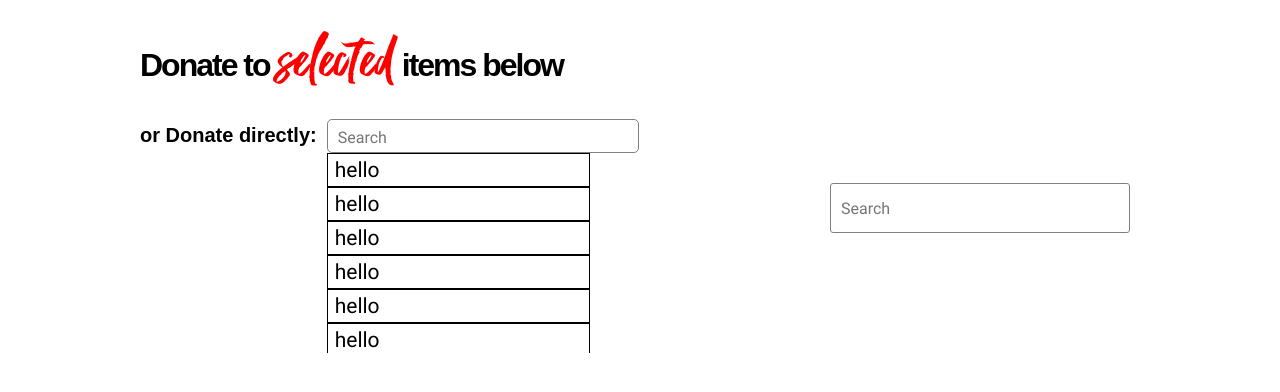
Repository: David-Waite/edableStyleChanges
Page: /
The author's editor kept a copy of each file at every save. The page is drawn from the files as they stood at one save, then again after the next save.
The browser window is 1280 px wide. The pictures show the whole page.
The project was rebuilt for these pictures with package versions that can differ from the ones it lists, and the page was loaded fresh each time. Also part of the build but not shown: src/components/Item/ProgressBar.css, src/components/Volunteer/Volunteer.tsx, src/components/DonorForm/Message.css, src/components/Volunteer/VolunteerError.tsx, src/components/Default.tsx, src/components/DonorForm/Paypal.tsx, src/components/DonorForm/DonorForm.tsx, src/components/DonorForm/PastDonations.css and 8 more.

Above is the page before, as saved 2022-11-09 19:44:33.

### public/index.html
<!DOCTYPE html>
<html lang="en">
  <head>
    <meta charset="utf-8" />
    <link rel="icon" href="%PUBLIC_URL%/favicon.ico" />
    <meta name="viewport" content="width=device-width, initial-scale=1" />
    <meta name="theme-color" content="#000000" />
    <meta name="description" content="EdAble Donations System" />
    <link rel="apple-touch-icon" href="%PUBLIC_URL%/logo192.png" />
    <link rel="manifest" href="%PUBLIC_URL%/manifest.json" />
    <link
      rel="stylesheet"
      href="https://cdn.jsdelivr.net/npm/bootstrap@5.2.0-beta1/dist/css/bootstrap.min.css"
      integrity="sha384-0evHe/X+R7YkIZDRvuzKMRqM+OrBnVFBL6DOitfPri4tjfHxaWutUpFmBp4vmVor"
      crossorigin="anonymous"
    />
    <title>EdAble Donations</title>
  </head>
  <body>
    <noscript>You need to enable JavaScript to run this app.</noscript>
    <div id="root"></div>
  </body>
  <script src="./iframeResizer.contentWindow.min.js"></script>
</html>

### src/index.tsx
import React from 'react';
import ReactDOM from 'react-dom/client';
import './index.css';
import App from './App';
import reportWebVitals from './reportWebVitals';
import './fonts/Roboto/Roboto-Medium.ttf';
import './fonts/Lora/Lora-VariableFont_wght.ttf';

const root = ReactDOM.createRoot(
  document.getElementById('root') as HTMLElement
);
root.render(
  <React.StrictMode>
    <App />
  </React.StrictMode>
);

// If you want to start measuring performance in your app, pass a function
// to log results (for example: reportWebVitals(console.log))
// or send to an analytics endpoint. Learn more: https://bit.ly/CRA-vitals
reportWebVitals();

### src/index.css
body {
  margin: 0;
  -webkit-font-smoothing: antialiased;
  -moz-osx-font-smoothing: grayscale;
}

code {
  font-family: source-code-pro, Menlo, Monaco, Consolas, "Courier New",
    monospace;
}

* {
  box-sizing: border-box;
}

#page-wrap {
  padding-bottom: 10px;
  padding-top: 10px;
}
@font-face {
  font-family: "Roboto";
  src: local("Roboto"),
    url("./fonts/Roboto/Roboto-Medium.ttf") format("truetype");
}

@font-face {
  font-family: "Lora";
  src: local("Lora"),
    url("./fonts/Lora/Lora-VariableFont_wght.ttf") format("truetype");
}

@font-face {
  font-family: "black_stonealternative";
  src: local("blackStone"),
    url("./fonts/BlackStone/blackstone-alternative-webfont.woff") format("woff");
}

h1 {
  font-family: "Roboto";
  font-style: normal;
  font-weight: 700;
  font-size: 52px;
  line-height: 64px;
  /* identical to box height, or 123% */
  color: #000000;
}

h2 {
  font-family: "Lora";
  font-style: normal;
  font-weight: 700;
  font-size: 47px;
  line-height: 60px;
  /* identical to box height, or 128% */
  color: #f1f1f1;
}

h3 {
  font-family: "Lora";
  font-style: normal;
  font-weight: 700;
  font-size: 40px;
  line-height: 51px;
  color: #c4c4c4;
}

h4 {
  font-family: "Roboto";
  font-style: normal;
  font-weight: 700;
  font-size: 35px;
  line-height: 43px;
  /* identical to box height, or 123% */
  letter-spacing: 0.02em;
  color: #000000;
}

h5 {
  font-family: "Roboto";
  font-style: normal;
  font-weight: 700;
  font-size: 28px;
  line-height: 44px;
  /* identical to box height, or 157% */
  color: #000000;
}

h6 {
  font-family: "Roboto";
  font-style: normal;
  font-weight: 700;
  font-size: 21px;
  line-height: 25px;
  /* identical to box height */
  color: #000000;
}

body {
  font-family: "Roboto";
  font-style: normal;
  font-weight: 400;
  font-size: 21px;
  line-height: 32px;
  /* identical to box height, or 152% */
  color: #000000;
}

### src/App.tsx
import React from "react";
import "./App.css";
import { BrowserRouter, Routes, Route } from "react-router-dom";

import { PayPalScriptProvider } from "@paypal/react-paypal-js";
import Base from "./components/Base";
import Landing from "./components/Landing/Landing";
import Volunteer from "./components/Volunteer/Volunteer";
import VolunteerError from "./components/Volunteer/VolunteerError";
import Default from "./components/Default";
import Organisation from "./components/Organisation/Organisation";
import ItemPage from "./components/Item/ItemPage";
import Success from "./components/DonorForm/Success";
import Cancel from "./components/DonorForm/Cancel";
import PastDonations from "./components/DonorForm/PastDonations";
import PastItemDonations from "./components/DonorForm/PastItemDonations";
import DonateTime from "./components/Volunteer/DonateTime";

function App() {
  return (
    <PayPalScriptProvider
      options={{
        "client-id":
        process.env.REACT_APP_PAYPAL_CLIENT_ID||"ATT3Tn46NrmHggGqVC4mzWOZWlnbp2ID9DA0yQnhsgqPFIVPPlLhfSI_-atbZc3aN7n_k7wUVTyQJMnI",
        currency: "AUD",
      }}
    >
      <BrowserRouter>
        <Routes>
          <Route path="/" element={<Base />}>
            <Route path="/" element={<Landing />} />
            <Route path="volunteer" element={<Volunteer />} />
            <Route path="success" element={<Success />} />
            <Route path="organisation/:orgId" element={<Organisation />} />
            <Route path="cancel/:orgId" element={<Cancel />} />
            <Route path="volunteererror/:orgId" element={<VolunteerError />} />
            <Route path="organisation/:orgId" element={<PastDonations />} />
            <Route path="item/:orgID/:itemID" element={<ItemPage />} />
            <Route path="item/:orgID/:itemID" element={<PastItemDonations />} />
            <Route path="volunteer/organisation/:orgId" element={<DonateTime />} />
            <Route path="volunteer/success" element={<Success />} />

            {/* Using path="*"" means "match anything", so this route
                acts like a catch-all for URLs that we don't have explicit
              routes for. */}
            <Route path="*" element={<Default />} />
          </Route>
        </Routes>
      </BrowserRouter>
    </PayPalScriptProvider>
  );
}

export default App;

### src/App.css
.App {
  text-align: center;
}

.App-logo {
  height: 40vmin;
  pointer-events: none;
}

@media (prefers-reduced-motion: no-preference) {
  .App-logo {
    animation: App-logo-spin infinite 20s linear;
  }
}

.App-header {
  background-color: #282c34;
  min-height: 100vh;
  display: flex;
  flex-direction: column;
  align-items: center;
  justify-content: center;
  font-size: calc(10px + 2vmin);
  color: white;
}

.App-link {
  color: #61dafb;
}

@keyframes App-logo-spin {
  from {
    transform: rotate(0deg);
  }
  to {
    transform: rotate(360deg);
  }
}

.font-face-rob {
  font-family: "Roboto";
}

.font-face-lora {
  font-family: "Lora";
}

.font-face-Black {
  font-family: "black_stonealternative";
}

### src/components/Base.tsx
import { Outlet } from 'react-router-dom';

function BasePage() {
  return (
    <>
      {/* An <Outlet> renders whatever child route is currently active,
          so you can think about this <Outlet> as a placeholder for
        the child routes we defined above. */}
      <Outlet/>
    </>
  );
}

export default BasePage;

### src/components/Landing/Landing.tsx
import { useEffect, useState } from "react";
import "./Landing.css";
import { Link } from "react-router-dom";
import { db } from "../../config/firebase";
import { collection, query, onSnapshot, where } from "firebase/firestore";
import { Button, Container, Carousel, Row, Col } from "react-bootstrap";
import { ReactComponent as InclusionHero } from "./InclusionHero.svg";

import Sidebar from "./Sidebar";
import ItemsCollection from "./ItemsCollection";
import Organisation from "../Organisation/Organisation";

function Landing() {
  const [orgList, setOrgList] = useState<any>([]);

  // gets all the orgs from dbs
  useEffect(() => {
    const q = query(
      collection(db, "Organisations"),
      where("activeStatus", "==", true)
    );
    onSnapshot(q, (querySnapshot) => {
      // setOrgList dumps all the orgs in orgList
      setOrgList(
        querySnapshot.docs.map((doc) => ({
          id: doc.id,
          data: doc.data(),
        }))
      );
    });
  }, []);

  useEffect(() => {
    window.scrollTo(0, 0);
  }, []);

  function handleChange() {
    console.log("hi");
  }
  return (
    //   these lines set up the format of the page
    <>
      <div className="landing">
        {/* Burger menu */}

        <div className="App" id="outer-container">
          {/* Carousel */}
          <div className="slideshowCon">
            <Row>
              <Col>
                <div className="carouselContainer">
                  <Carousel
                    touch={true}
                    interval={4000}
                    indicators={true}
                    variant="light"
                  >
                    {orgList.map((org: any) => (
                      <Carousel.Item
                        key={org.id.toString()}
                        style={{
                          textAlign: "left",
                        }}
                      >
                        <Link
                          to={`organisation/${org.id}`}
                          style={{
                            textDecoration: "none",
                            color: "black",
                          }}
                        >
                          {/* this div contains the carousel item's contents and makes the whole carousel item a link (based on link tag above) */}
                          <div className="carousel-contents">
                            <img
                              className="carouselImage"
                              src={`${org.data.img}`}
                            />

                            <div className="caroursel-text">
                              <div className="carousel-contents-bottom">
                                <div>
                                  {" "}
                                  <h2 className="title">{org.data.name}</h2>
                                  <p className="orgSummary">
                                    {org.data.summary}
                                  </p>
                                </div>

                                <Button
                                  className="btnContribute"
                                  variant="warning"
                                >
                                  DONATE TO&#160;
                                  {org.data.name.toUpperCase()}!
                                </Button>
                              </div>
                            </div>
                          </div>
                        </Link>
                      </Carousel.Item>
                    ))}
                  </Carousel>
                </div>
              </Col>
            </Row>
          </div>
        </div>

        <div>
          <h2 className="pageTitle">
            Donate to <span>selected</span> items below
            <br />
          </h2>
          <div className="selectOrgCon">
            <h2 className="selectOrg">or Donate directly:</h2>
            <div className="orgSearchBar">
              <input
                className="input"
                type="text"
                placeholder="Search"
                onChange={handleChange}
                onClick={handleChange}
              />
              <div className="orgNameCon">
                <div className="orgName">
                  <a>hello</a>
                </div>
                <div className="orgName">
                  <a>hello</a>
                </div>
                <div className="orgName">
                  <a>hello</a>
                </div>
                <div className="orgName">
                  <a>hello</a>
                </div>
                <div className="orgName">
                  <a>hello</a>
                </div>
                <div className="orgName">
                  <a>hello</a>
                </div>
                <div className="orgName">
                  <a>hello</a>
                </div>
              </div>
            </div>
          </div>
        </div>

        <ItemsCollection orgList={orgList} />
      </div>
    </>
  );
}

export default Landing;

### src/components/Landing/Landing.css
.carousel-control-next,
.carousel-control-prev {
  width: 10%;
}

.landing {
  max-width: 1000px;

  margin: 0px auto 90px;
}
.pageTitle {
  font-size: 32px;
  color: black;
  font-family: sans-serif;
  margin-top: 60px;
  margin-bottom: 40px;
  letter-spacing: -2px;
  line-height: 0px;
  font-weight: 700;
}

.title {
  font-size: 32px;
  color: white;
  font-family: sans-serif;
}
.pageTitle span {
  font-family: "black_stonealternative";
  margin-left: 0px;
  margin-right: 0px;
  font-size: 55px;
  letter-spacing: 1px;
  font-weight: 100;
}

.selectOrg {
  font-size: 20px;
  color: black;
  font-family: sans-serif;

  font-weight: 700;
}
.selectOrgCon {
  display: flex;

  margin-bottom: 0px;
}

.orgSearchBar input {
  height: auto;
  padding: 0 10px;
}

.orgSearchBar input::placeholder {
  font-size: 16px;
}

.orgSearchBar {
  padding-top: 14px;
  margin-left: 10px;
}

.orgNameCon {
  position: absolute;
  max-height: 200px;
  overflow: scroll;
}
.orgName {
  padding-left: 7px;
  width: 263px;
  border: 1px solid black;
  background-color: white;
}

.col {
  padding: 0;
}

.navBarContainer {
  margin-left: 30px;
  margin-top: 10px;
  position: absolute;
  color: white;
}

.carousel {
  /* margin: 3px; */
  /* border-radius: 30px; */

  color: white;
  /* height: ; */
}

.carouselImage {
  object-fit: cover;
  height: calc(500px - 140px);
}

.carousel-contents {
  display: flex;

  flex-direction: column;
  justify-content: flex-end;

  color: white;
  height: 500px;
}

.carousel-indicators {
  margin-bottom: 10px;
}

.carousel-contents-bottom {
  display: flex;
  align-items: center;
  justify-content: space-between;
  gap: 10px;

  margin-bottom: 30px;
}

.caroursel-text {
  padding: 0px 25px;
  height: 140px;
  background-color: #333333;
}

.btnContribute {
  background-color: #e50040;
  color: white;
  border: none;
  border-radius: 3px;
}

.btnContribute span {
  margin-left: 3px;
  font-size: 16px;
  font-weight: 400;
  color: white;
}

.btnContribute div {
  font-size: 16px;
  font-weight: 400;
  margin: 0;
}

.btnContribute:hover {
  background-color: #d4033e;
  color: white;
}

.orgSummary {
  font-size: 16px;
  line-height: 25px;
  margin-bottom: 0px;
}

.imgCarousel {
  width: 100%;
  height: 600px;
}

.orgList {
  font-family: sans-serif;
  font-size: 20px;
  color: black;
}

.orgListCon {
  display: flex;
  align-items: center;
}
@media (max-width: 1040px) {
  .landing {
    padding: 0 20px;
  }
}

@media (max-width: 900px) {
  .title {
    font-size: 28px !important;
  }
}

@media (max-width: 800px) {
  .carousel-contents-bottom {
    flex-direction: column;
    align-items: flex-start;

    gap: 0px;
  }
  .caroursel-text {
    height: 200px;
  }
}

@media (max-width: 500px) {
  .btnContribute div {
    width: 100%;
  }

  .caroursel-text {
    height: 220px;
  }
}

@media (max-width: 370px) {
  .btnContribute {
    margin-top: -10px;
    font-size: 10px;
  }
}

@media (max-width: 325px) {
  .btnContribute span {
    font-size: 9px;
  }
}

/* #carousel-indicators {
    color:rgb(17, 0, 61)
} */

/* Button {
  font-size: x-small;
  style={{ backgroundImage: `url(${org.data.img})` }}




   <img
                              className="imgCarousel"
                              src={org.data.img}
                              alt={`${org.data.name}` + "'s logo"}
                            />
} */

### src/components/Landing/ItemsCollection.tsx
import { useState, useEffect } from "react";
import {
  collectionGroup,
  query,
  onSnapshot,
  collection,
  where,
  getDocs,
} from "firebase/firestore";
import { db } from "../../config/firebase";
import Card from "react-bootstrap/Card";
import ProgressBar from "react-bootstrap/ProgressBar";
import { Link } from "react-router-dom";
import styles from "./ItemsCollection.module.css";
import "../Item/ProgressBar.css";

function ItemsCollection(props: any) {
  const [itemList, setItemList] = useState<any>([]);
  const [search, setSearch] = useState<string>("");

  useEffect(() => {
    const q = query(
      collectionGroup(db, "Items"),
      where("activeStatus", "==", true)
    );

    onSnapshot(q, async (querySnapshot) => {
      setItemList(
        querySnapshot.docs.map((doc) => ({
          id: doc.id,
          data: doc.data(),
          parentDoc: doc.ref.parent.parent?.id,
        }))
      );
    });
  }, []);

  function mergeLists() {
    const mergeList: any = [];
    itemList.map((item: any) => {
      props.orgList.map((org: any) => {
        if (item.parentDoc === org.id) {
          if (item.data.activeStatus === true) {
            mergeList.push({
              ...item,
              orgName: org.data.name,
              orgActiveStatus: org.data.activeStatus,
            });
          }
        }
      });
    });
    return mergeList;
  }

  const mergeList = mergeLists();

  const handleChange = (e: React.ChangeEvent<HTMLInputElement>) => {
    setSearch(e.target.value);
  };
  const filteredItems = mergeList.filter((item: any) =>
    item.data.name.toLowerCase().includes(search.toLowerCase())
  );

  return (
    <>
      <div className={styles.containerDiv}>
        <div
          className={styles.searchBar}
          style={{
            borderRadius: "3px",
            display: "flex",
            alignItems: "right",
            justifyContent: "right",
          }}
        >
          <input
            style={{ fontSize: "16px" }}
            className={styles.input}
            type="text"
            onChange={handleChange}
            placeholder="Search"
          />
        </div>

        <div className={styles.cardParentDiv}>
          {filteredItems.map((item: any) => (
            <div key={item.id.toString()} className={styles.cards}>
              <div className={styles.cardImage}>
                <img src={item.data.img} alt={`Image of  ${item.data.name}`} />
              </div>

              <div className={styles.cardBody}>
                <div>
                  <h3 className={styles.cardTitle}>
                    {item.orgName}:
                    <br />
                    <span>{item.data.name}</span>
                  </h3>

                  <p className={styles.cardDes}>{item.data.summary}</p>
                </div>

                <div className={styles.bottomHalfCard}>
                  <p>
                    ${item.data.totalDonationsValue || 0} of $
                    {item.data.initialPrice}
                  </p>
                  <ProgressBar
                    striped
                    now={
                      item.data.totalDonationsValue
                        ? (item.data.totalDonationsValue /
                            item.data.initialPrice) *
                          100
                        : 0
                    }
                    label={`${Math.round(
                      (item.data.totalDonationsValue / item.data.initialPrice) *
                        100
                    )}%`}
                  />
                  <Link
                    style={{
                      textDecoration: "none",
                      color: "black",
                    }}
                    to={`item/${item.parentDoc}/${item.id}`}
                  >
                    <div className={styles.btn}>DONATE NOW!</div>
                  </Link>
                </div>
              </div>
            </div>
          ))}
        </div>
      </div>
    </>
  );
}

export default ItemsCollection;

### src/components/Organisation/Organisation.module.css
.body {
  background-color: black;
}

* {
  margin: 0;
  padding: 0;
}

img {
  max-width: 100%;
}

.section {
  max-width: 1000px;
  margin: 0 auto;
  background-color: white;
}

.orgName,
.volunteerOrgName span {
  font-family: "black_stonealternative";
  margin-left: 0px;
  margin-right: 0px;
  font-size: 55px;
  font-weight: 100;
  color: #5e17a9;
  line-height: 45px;
}

.orgNameSpan,
.volunteerOrgName {
  font-size: 32px;
  color: black;
  font-family: sans-serif;
  font-weight: 600;
  line-height: normal;
}
.volunteerOrgName span {
  color: #5e17a9;
}
.line {
  margin: 20px 0 30px;
  height: 3px;
  width: 70px;
  background-color: #511493;
}

.itemName {
  font-size: 32px;
  color: black;
  font-family: sans-serif;
  font-weight: 600;
  line-height: normal;
}

.itemImgDesktop {
  margin-bottom: 20px;
}

.sideIdmage {
  display: flex;
  flex-direction: column;
}

.itemImgMobile,
.mobileSideImg {
  display: none;
}

.itemName span {
  color: #511493;
  font-size: 33px;
}

.des {
  margin-top: 20px;
  font-size: 16px;
  font-weight: 100;
  line-height: 25px;
  color: #333333;
}
.mainContent {
  margin-top: 40px;
  display: grid;
  grid-template-columns: 1fr 1.5fr;
  gap: 80px;
}
.btn {
  display: flex;
  align-items: center;
  height: 40px;
  color: white;

  border-radius: 3px !important;
  font-size: 16px;
  font-weight: 400;
  padding: 0 15px;
}

a {
  text-decoration: none !important;
}
.websiteBtn {
  height: 40px;

  border-radius: 3px !important;
  font-size: 16px;
  font-weight: 400;
  padding: 10px 15px;

  color: white;
  background-color: #511493;
}
.btn:hover {
  color: white;
}

.goBack {
  background-color: #e50040;
}

.goBack:hover {
  background-color: #f16800;
}

.orgImg {
  width: 100%;
  height: 500px;
  object-fit: cover;
}

.website {
  padding: 30px;
  margin-top: 10px;
  background: linear-gradient(58.89deg, #5e17a9 31.3%, #e50040 67.75%);
  color: white;
}

.website div {
  margin-top: 10px;
}
.website a {
  background-color: #e50040;
  width: 100%;
  color: white;
  border-radius: 3px !important;
  font-size: 16px;
  font-weight: 400;
  padding: 10px 15px;
}

.header {
  margin: 10px 0;
  display: flex;
  gap: 10px;

  align-items: center;
}

h6 {
  margin-top: 30px;
  font-size: 33px;
  font-weight: 400;
  line-height: 30px;
}

h6 div {
  font-family: "black_stonealternative";
  margin-top: 30px;
  color: #5e17a9;
  font-size: 55px;
  letter-spacing: 1px;
  font-weight: 100;
}

.orgDescription {
  margin-top: 20px;
  font-size: 16;
}

.formCon {
  margin-top: 20px;
}

.btnPurple {
  background-color: #511493;
}
.topItem {
  display: flex;
  align-items: center;
  gap: 40px;
}

.backButton {
  margin-top: 30px;
  color: white;
  border-radius: 3px;
  background-color: #e50040;
  border: none;
}

.backButton:hover {
  color: white;

  background-color: #d4033e;
}

.topButton:hover {
  background-color: #f16800;
}

.card {
  border-radius: 3px;
  border: none;

  background-color: #f4f4f4;
}

.card img {
  width: 100%;
}

.cardContent {
  padding: 20px;
}

.cardTitle {
  font-size: 18px;
  color: black;
  font-family: sans-serif;
  height: auto;
  line-height: 25px;
}

.cardDes {
  margin-top: 0px;
  color: rgb(29, 29, 29);
  font-size: 16px;
  letter-spacing: 0.1px;
  line-height: 20px;
  font-weight: 400;
}

@media (max-width: 1040px) {
  .section {
    padding: 0 20px;
  }
}
@media (max-width: 700px) {
  .content {
    padding: 0 20px 50px;
  }
  .formContainer {
    padding: 30px 20px;
  }
  .topItem {
    display: flex;
    flex-direction: column;
    gap: 40px;
  }
  .card {
    width: 100%;
  }
}

@media (max-width: 900px) {
  .mainContent {
    display: grid;
    grid-template-columns: 1fr;
    gap: 20px;
    margin-bottom: 10px;
  }
  .itemImgDesktop,
  .desktopSideImg {
    display: none;
  }
  .mobileSideImg {
    display: block;
  }

  .itemImgMobile {
    display: block;
    width: 100%;
  }
}

@media (max-width: 500px) {
  label {
    font-size: 10px;
  }

  h6 {
    font-size: 25px;
  }
  h6 span {
    font-size: 40px;
  }
  .btn {
    font-size: 12px;
  }
}

### src/components/Landing/ItemsCollection.module.css
.containerDiv {
  /* background-color: rgb(212, 238, 249); */
  border-radius: 40px;
}

.searchBar {
  border-radius: 3px !important;
  padding: 0;
}
.title {
  font-size: 32px;
  color: black;
  font-family: sans-serif;
  margin-top: 60px;
  margin-bottom: 40px;

  letter-spacing: -2px;
}

.title span {
  font-family: "black_stonealternative";
  margin-left: 0px;
  margin-right: 0px;
  font-size: 55px;
  letter-spacing: 1px;
  font-weight: 100;
}

.input {
  margin: 10px;
  width: 300px;
  border-radius: 3px;
  padding: 2px 10px;
}

.cardParentDiv {
  margin-top: 20px;
  display: grid;
  grid-template-columns: 1fr 1fr 1fr;
  gap: 30px;
}

.bottomHalfCard {
  align-self: end;
}
.cardParentDiv img {
  width: 100%;
  height: 180px;
  object-fit: cover;
  padding: 0;
  margin: 0;
}

.cardImage {
  height: 180px;
}
.cardTitle {
  font-size: 18px;
  color: black;
  font-family: sans-serif;
  height: auto;
  line-height: 25px;
}

.cardTitle span {
  color: #e50040;
}

.cardDes {
  height: 60px;
  margin-top: 0px;
  color: rgb(29, 29, 29);
  font-size: 16px;
  letter-spacing: 0.1px;
  line-height: 16px;
  font-weight: 400;
}

.btn {
  text-decoration: none;
  color: white;
  display: flex;
  align-items: center;
  justify-content: center;
  height: 40px;
  margin-top: 10px;
  margin-bottom: -15px;
  text-align: center;
  border-radius: 3px;
  font-size: 16px;
  font-weight: 400;

  background-color: #5e17a9;
}

.cardBody {
  padding: 10px 10px 30px 10px;
}

.cards {
  border-radius: 3px;
  border: none;
  background-color: #f4f4f4;
}

@media (max-width: 1040px) {
  .cardParentDiv {
    grid-template-columns: 1fr 1fr;
    gap: 60px;
  }
  .input {
    width: calc(100vw - 40px);
  }
}

@media (max-width: 650px) {
  .cardParentDiv {
    grid-template-columns: 1fr 1fr;
    gap: 20px;
  }
}

@media (max-width: 600px) {
  .cardParentDiv {
    grid-template-columns: 1fr;
    gap: 20px;
  }
}

### src/components/DonorForm/DonorForm.css
.donorInfoContainer {
  background-color: rgb(238, 238, 238);
  padding: 20px 40px;
  border-radius: 3px;
}

.formTitle {
  color: #5e17a9;
}

.presetButtons {
  display: flex;
  align-items: center;
  justify-content: flex-start;
  margin-bottom: -20px;
}

label,
.or {
  padding: 5px 0;
  font-weight: lighter;
}

label span {
  color: rgb(176, 53, 53);
  margin-left: 2px;
}

input:disabled {
  background-color: rgb(197, 197, 197);
}

.checkbox {
  display: flex;
  justify-content: start;
  align-items: center;
}

.checkbox input {
  width: auto;
  margin-right: 5px;
}

.monthlyPayment {
  margin-top: 15px;
  margin-bottom: -25px;
}

.availablity {
  display: flex;
  gap: 60px;
  padding-bottom: 10px;
}

.isAron {
  margin-top: 15px;
}
.mailingList {
  margin-bottom: 15px;
}
input,
select {
  height: 50px;
  width: 100%;
  border: 0.1px solid;
  border-color: grey;
  border-radius: 5px;
}

select {
  padding: 15px 10px;
  border: none;
}

span {
  font-size: large;
  color: red;
}

.proceedPayBtn {
  color: white;
  background-color: #ff7000;
  border-color: #ff7000;
  margin-right: auto;
}

.proceedPayBtn:hover {
  background-color: #f16800;
  color: white;
}

button {
  border-radius: 4px;
  border: 1px solid rgb(215, 215, 215);
  padding: 5px 10px;
  font-size: 14px;
  margin: 5px;
  color: white;
  background-color: #ff7000;
  border-color: #ff7000;
}

button[type="submit"],
input[type="submit"] {
  background: #ec598f;
  color: white;
  text-transform: uppercase;
  border: none;
  margin-top: 40px;
  padding: 10px;
  font-size: 16px;
  font-weight: 400;
  letter-spacing: 10px;
}

Loaded but not shown: src/reportWebVitals.ts (common file); public/iframeResizer.contentWindow.min.js (library); src/config/firebase.js (25 lines, source omitted)

After the next save:
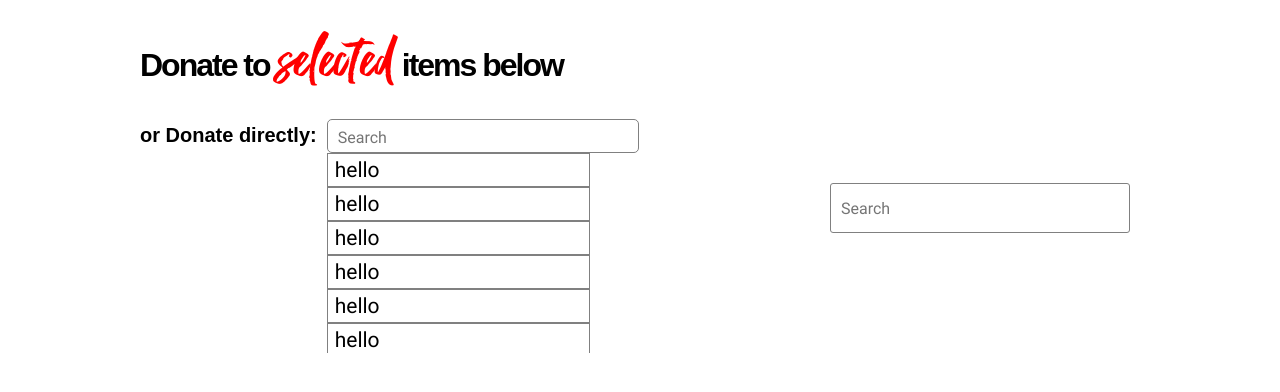
Saved 16 s later.
--- a/src/components/Landing/Landing.css
+++ b/src/components/Landing/Landing.css
@@ -68,7 +68,7 @@
 .orgName {
   padding-left: 7px;
   width: 263px;
-  border: 1px solid black;
+  border: 1px solid grey;
   background-color: white;
 }
 
